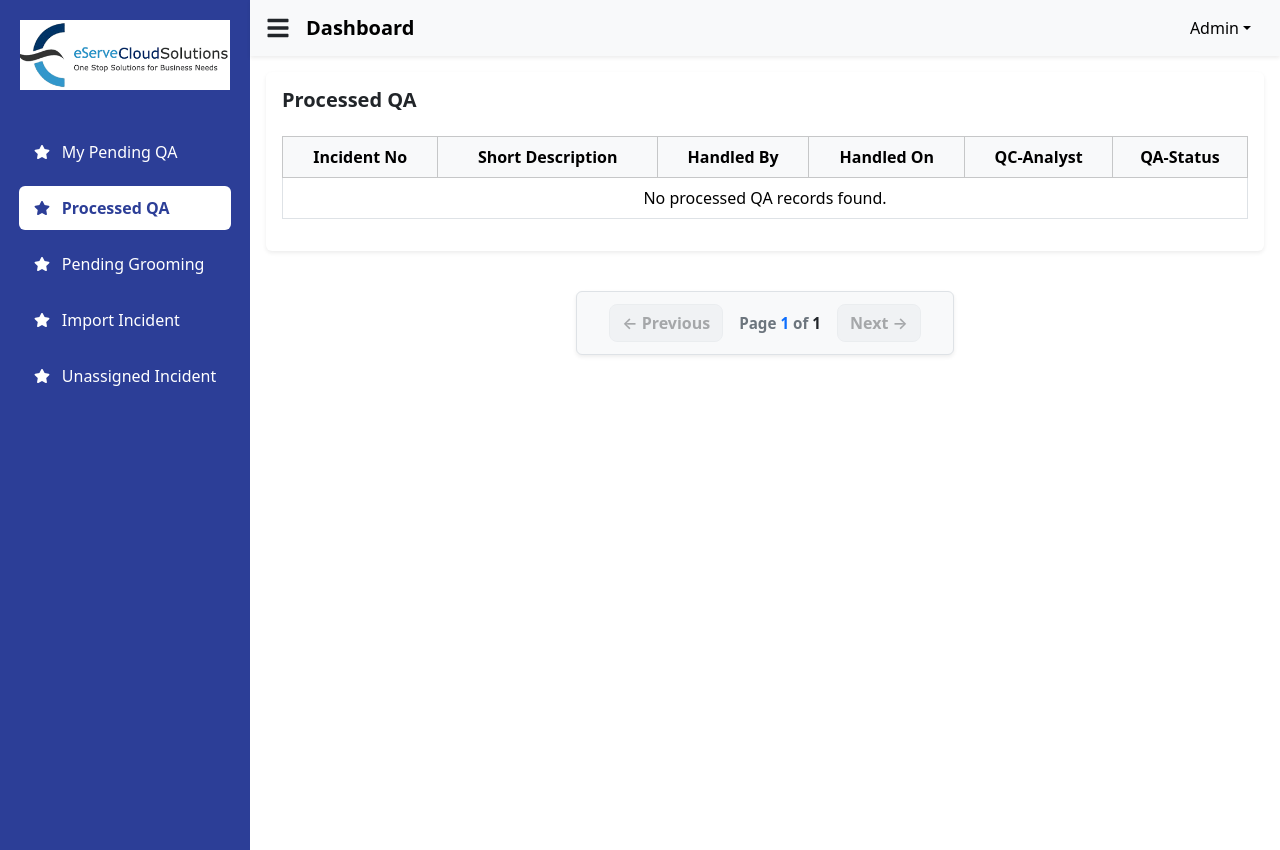
Repository: ArunGOW/ServiceNow_QA-audit
Page: /dashboard/processed-qa
The author's editor kept a copy of each file at every save. The page is drawn from the files as they stood at one save, then again after the next save.
The browser window is 1280 px wide. The pictures show the whole page.
The page's requests for data from a server got no answer. The project was rebuilt for these pictures with package versions that can differ from the ones it lists, and the page was loaded fresh each time. Some packages were replaced by stand-ins written for this rebuild. No one was signed in, and anything a server would have sent is missing. Also part of the build but not shown: vite.config.js, src/components/Login.jsx, src/components/layout/Topbar.css, src/hooks/usePendingIncidents.jsx, src/components/PendingQATable.css, src/components/tables/PendingQATable.jsx, src/pages/PendingQAPage.jsx, src/hooks/useGroomingIncidents.jsx and 6 more.

Above is the page before, as saved 2025-11-12 17:46:13.

After the next save:
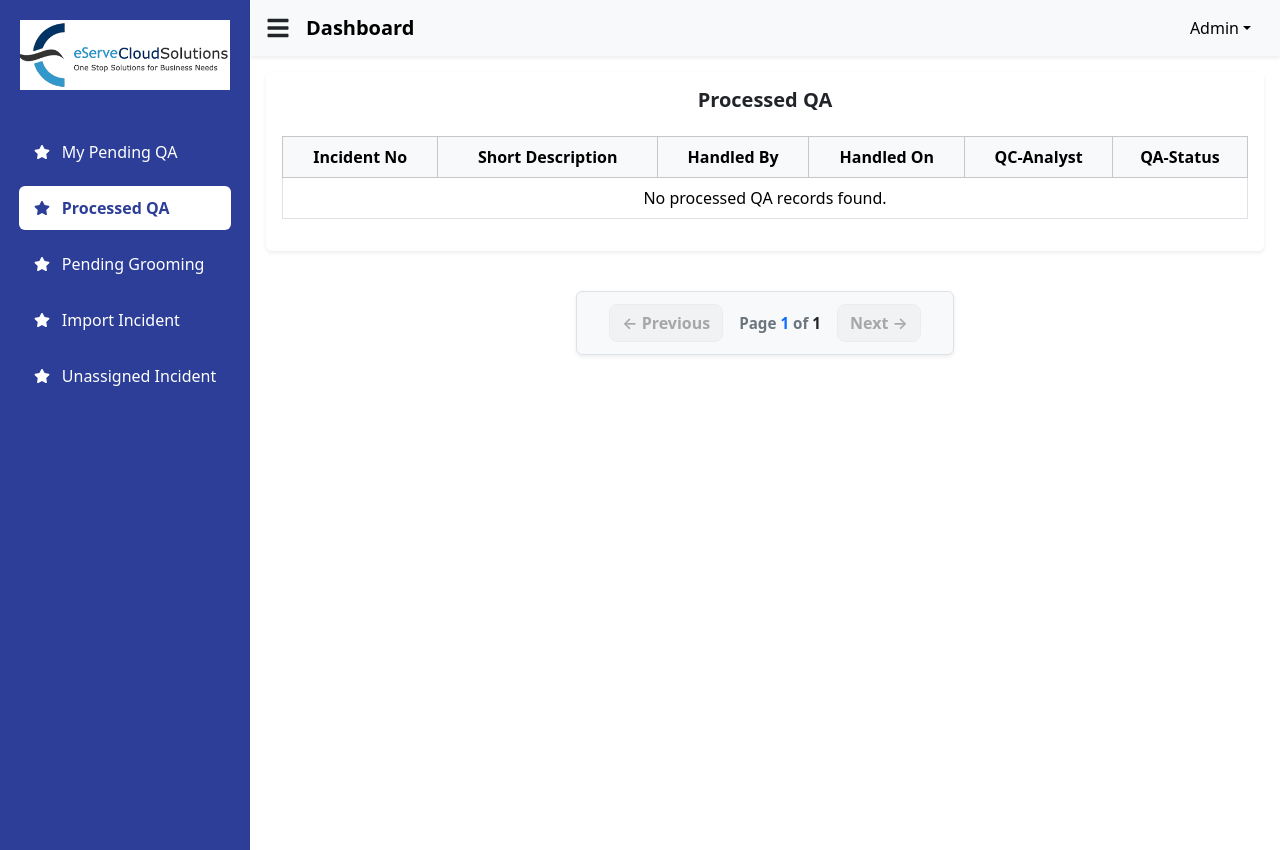
Saved 2 min 4 s later.
--- a/src/components/tables/ProcessedQATable.jsx
+++ b/src/components/tables/ProcessedQATable.jsx
@@ -174,7 +174,7 @@ const ProcessedQATable = ({ incidents, loading, refresh }) => {
 
   return (
     <div className="bg-white rounded shadow-sm p-3">
-      <div className="d-flex justify-content-between align-items-center mb-3">
+      <div className="d-flex justify-content-center align-items-center mb-3">
         <h5 className="fw-bold">Processed QA</h5>
       </div>
 
